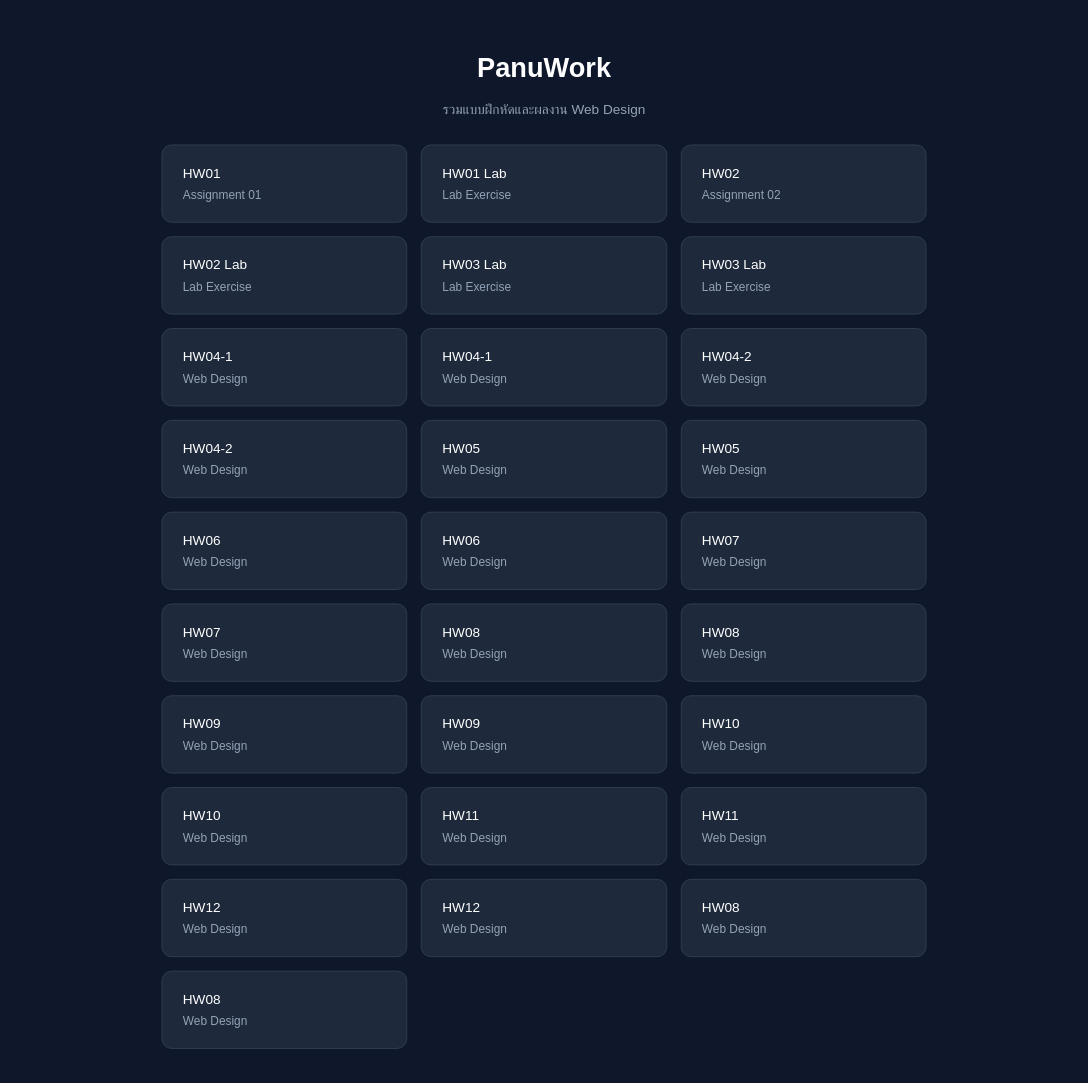
Repository: nuwat-wa/Lab_Ass_WebDesign
Page: index.html
An editor plug-in stored every save of this project. The page is shown before and after the next save, followed by the edit.
The browser window is 1280 px wide. The pictures show the whole page, at 85% of full size.

Above is the page before, as saved 2026-10-21 00:15:15.

After the next save:
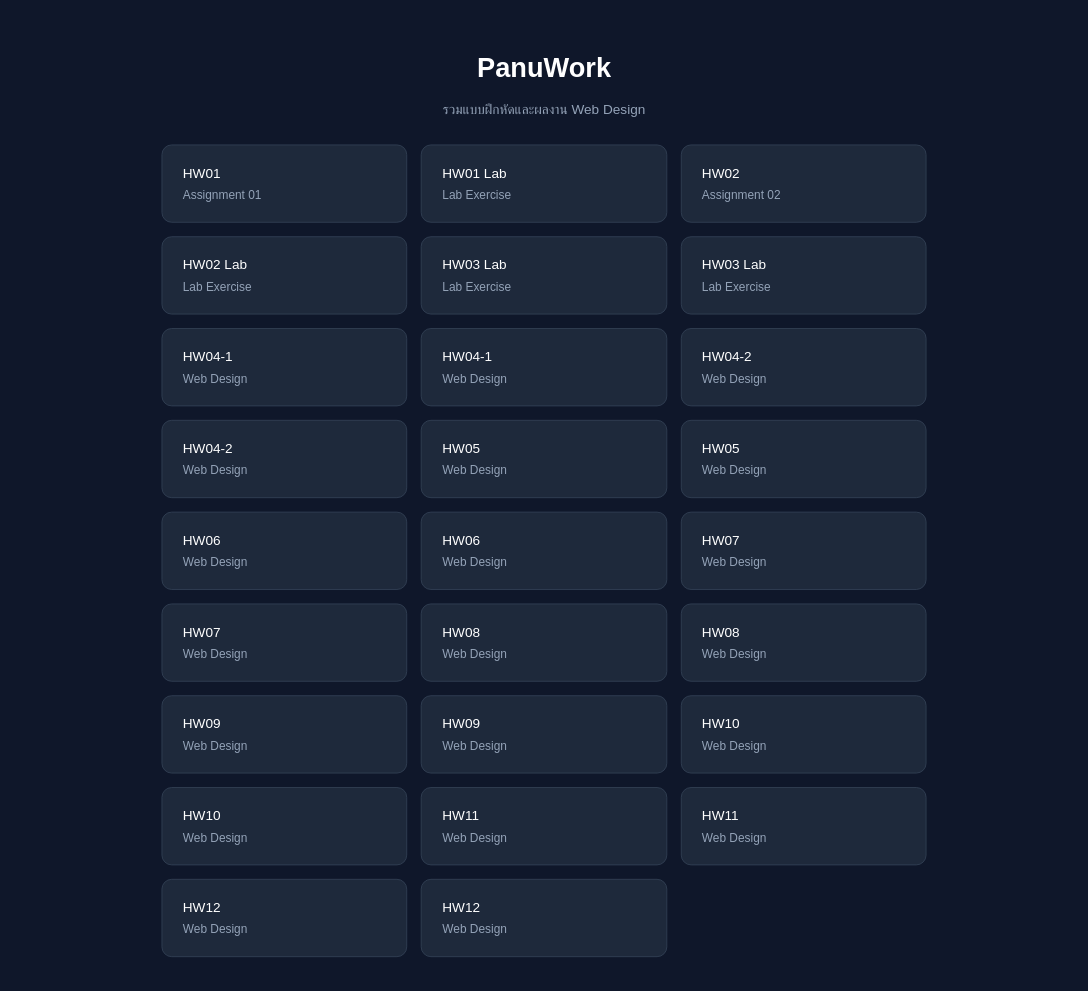
Saved 8 s later.
--- a/index.html
+++ b/index.html
@@ -173,14 +173,6 @@
         <a href="./HW04-1_IT_Sec1/index.html">
           HW12 <span>Web Design</span>
         </a>
-
-        <a href="./HW04-1_IT_Sec1/index.html">
-          HW08 <span>Web Design</span>
-        </a>
-
-        <a href="./HW04-1_IT_Sec1/index.html">
-          HW08 <span>Web Design</span>
-        </a>
       </section>
     </main>
   </body>
